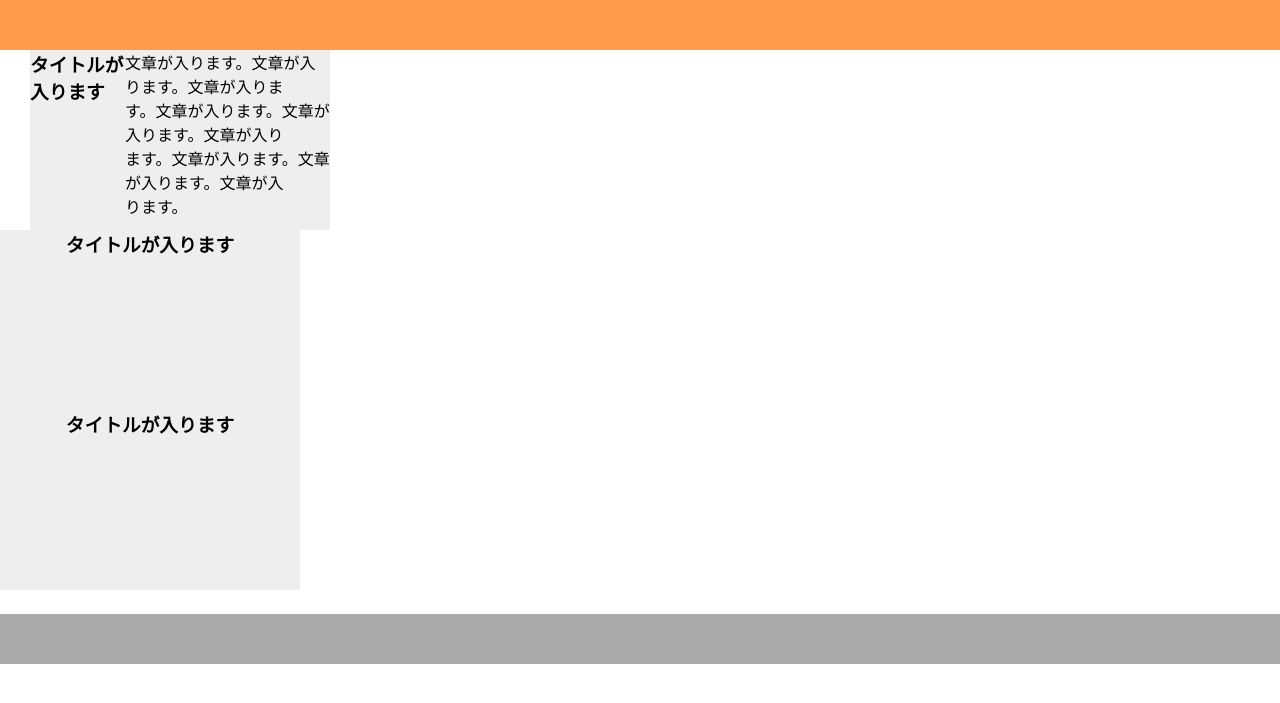
Repository: yesohnuki/shinya-ohnuki
Page: caravan/10.html
The author's editor kept a record of every edit. The page is drawn from the files as they stood at one moment, then again after the next edit.
The browser window is 1280 px wide. The pictures show the whole page.

Above is the page before.

### caravan/10.html
<!DOCTYPE html>
<html>
  <head>
    <meta charset="UTF-8" />
    <link rel="stylesheet" href="10.css" />
    <title>CARAVAN</title>
  </head>

  <body>
    <header>
      <div class="box1"></div>
    </header>

    <div class="main">
      <div class="blog">
       <h3 class="blog-text">タイトルが入ります</h3>
        <p class="main-name">
          文章が入ります。文章が入ります。文章が入りま<br />
          す。文章が入ります。文章が入ります。文章が入り<br />
          ます。文章が入ります。文章が入ります。文章が入<br />
          ります。<br />
        </p>
    </div>


       <h3 class="sidebar-left">タイトルが入ります</h3>

       <h3 class="sidebar-right">タイトルが入ります</h3>
      </section>
　　</main>

    <footer>
      <div class="box2"></div>
    </footer>
  <body>
</html>

### caravan/10.css
* {
  margin: 0;
  padding: 0;
  box-sizing: border-box;
}

.box1 {
  height: 50px;
  width: 100%;
  background-color: #FF9A4B;
}

.blog {
  height: 180px;
  width: 300px;
  background-color: #EEEEEE;
  display: flex; /* Flexboxの利用 */
  justify-content: center;
  margin-right: 30px; /* 領域の右側余白 */
  margin-left: 30px;
}

.sidebar-left {
  height: 180px;
  width: 300px;
  background-color: #EEEEEE;
  display: flex; /* Flexboxの利用 */
  justify-content: center;
}

.sidebar-right {
  height: 180px;
  width: 300px;
  background-color: #EEEEEE;
  display: flex; /* Flexboxの利用 */
  justify-content: center;
}

.box2 {
  height: 50px;
  width: 100%;
  background-color: #AAAAAA;
}

After the next edit:
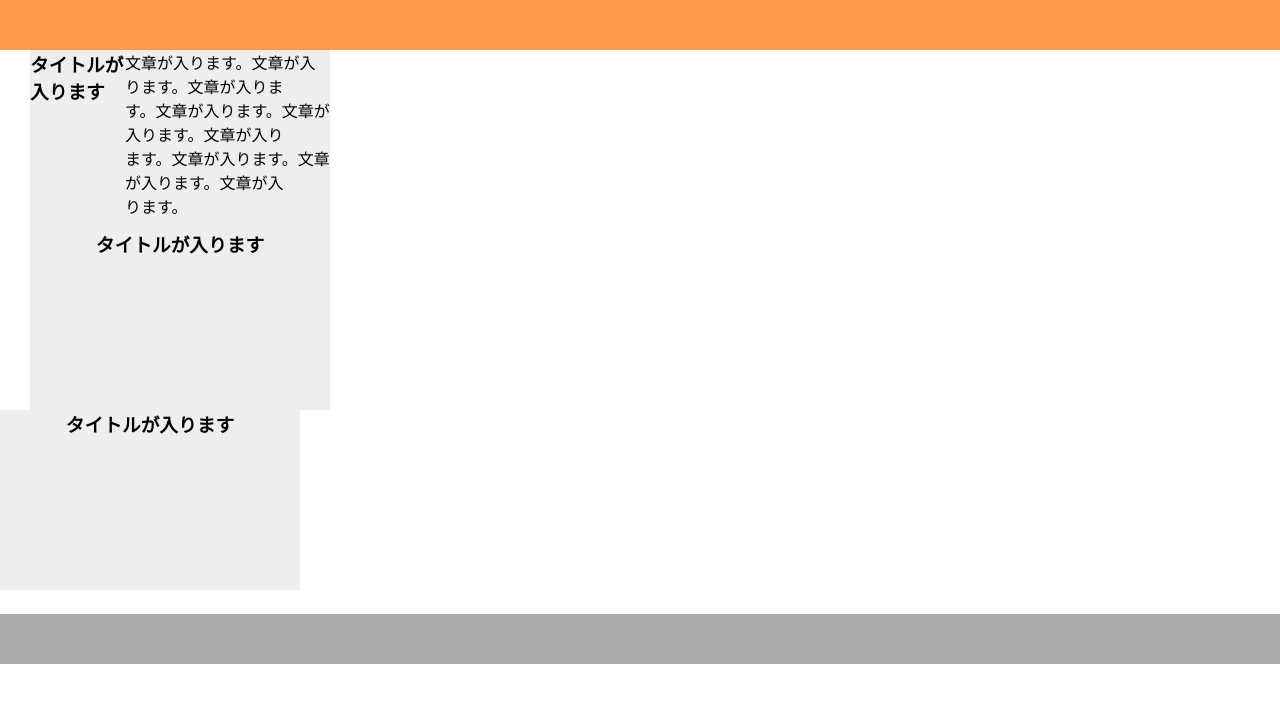
The edit:
--- a/caravan/10.css
+++ b/caravan/10.css
@@ -26,6 +26,8 @@
   background-color: #EEEEEE;
   display: flex; /* Flexboxの利用 */
   justify-content: center;
+  margin-right: 30px; /* 領域の右側余白 */
+  margin-left: 30px;
 }
 
 .sidebar-right {
